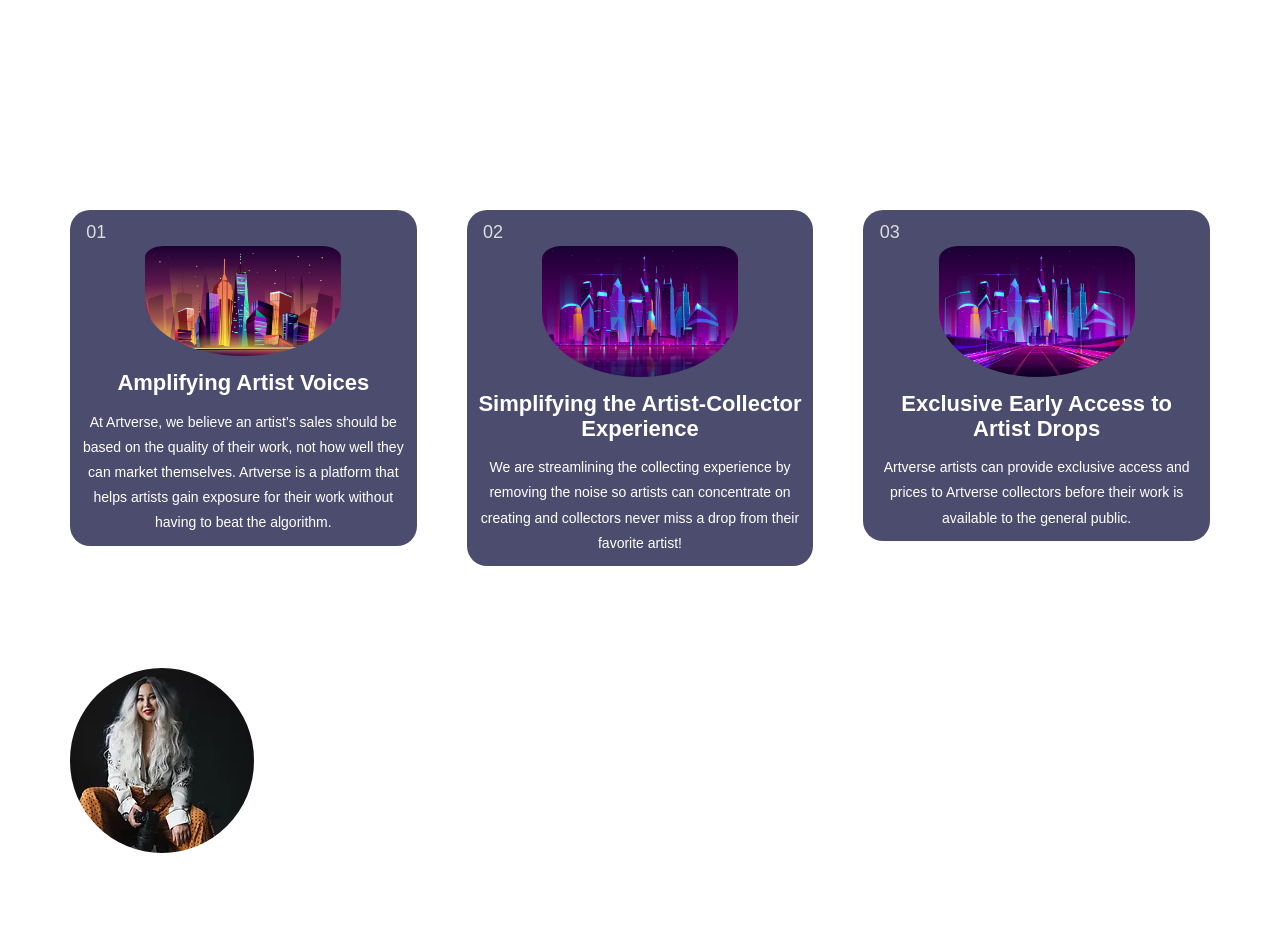
Repository: akinolapo/artverse
Page: /
The author's editor kept a copy of each file at every save. The page is drawn from the files as they stood at one save, then again after a run of saves.
The browser window is 1280 px wide. The pictures show the part of the page from y = 748 to 1700 px (the page is 1700 px tall).
The project was rebuilt for these pictures with package versions that can differ from the ones it lists, and the page was loaded fresh each time.

Above is the page before, as saved 2022-07-25 14:16:47.

After the next 2 saves:
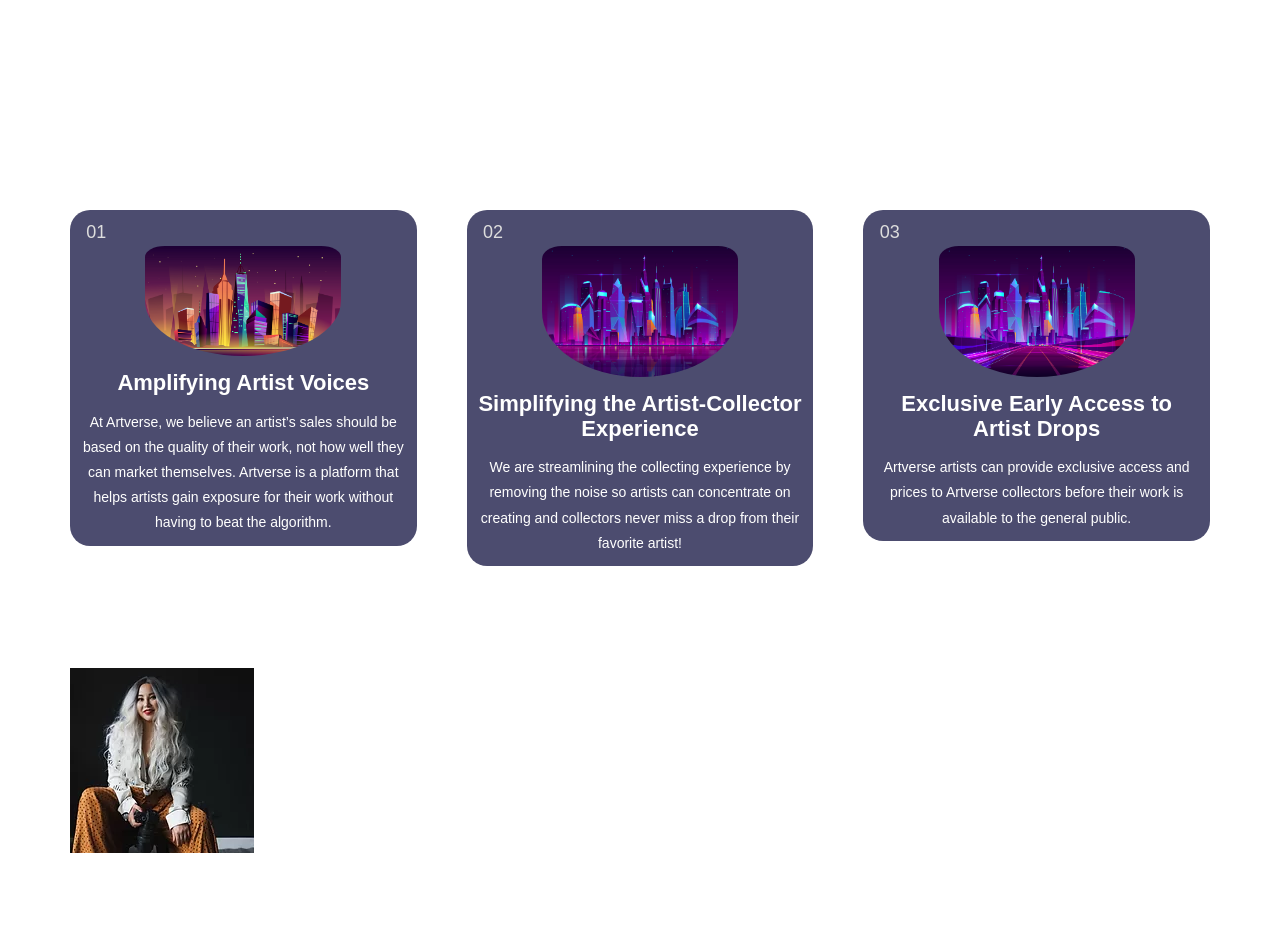
The 2 saves are shown as one change because they came seconds apart.
The last was saved 41 s later.
--- a/src/components/Team/Team.jsx
+++ b/src/components/Team/Team.jsx
@@ -8,7 +8,7 @@
             <div className='grid grid-cols-1 gap-4 md:grid-cols-3'>
                 <div>
                     <div className='text-center'>
-                        <img className='rounded-full' src={process.env.PUBLIC_URL+`assets/founder.webp`} alt='Founder'></img>
+                        <img className='rounded-full' src={process.env.PUBLIC_URL+`assets/founder.webp`} alt='Founder' className=''></img>
                         <h5>Rachel Wood</h5>
                         <h6>Founder</h6>
                         <div className='flex justify-center'>

After the save that followed:
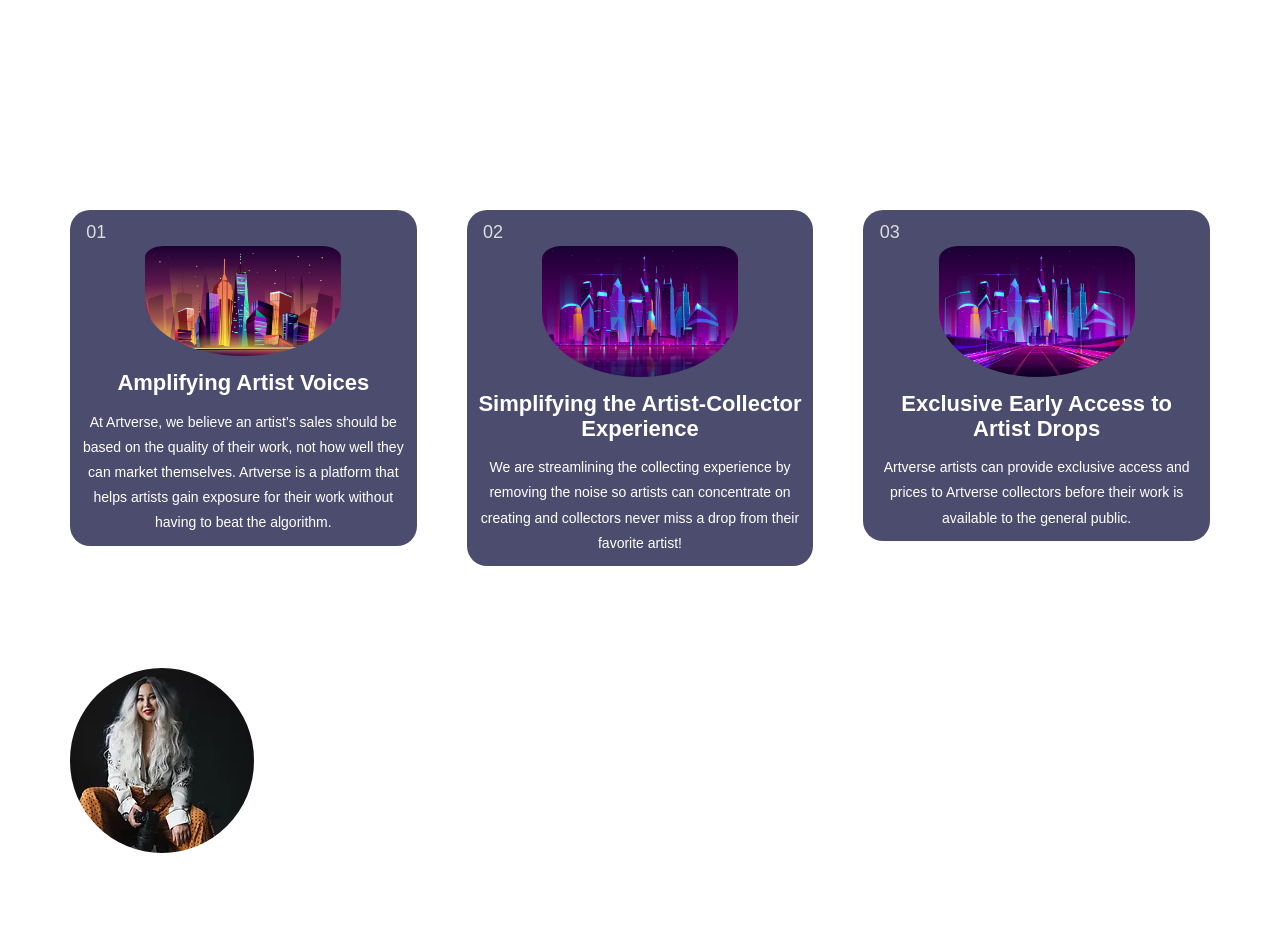
Saved 5 s later.
--- a/src/components/Team/Team.jsx
+++ b/src/components/Team/Team.jsx
@@ -8,7 +8,7 @@
             <div className='grid grid-cols-1 gap-4 md:grid-cols-3'>
                 <div>
                     <div className='text-center'>
-                        <img className='rounded-full' src={process.env.PUBLIC_URL+`assets/founder.webp`} alt='Founder' className=''></img>
+                        <img className='rounded-full' src={process.env.PUBLIC_URL+`assets/founder.webp`} alt='Founder'></img>
                         <h5>Rachel Wood</h5>
                         <h6>Founder</h6>
                         <div className='flex justify-center'>
